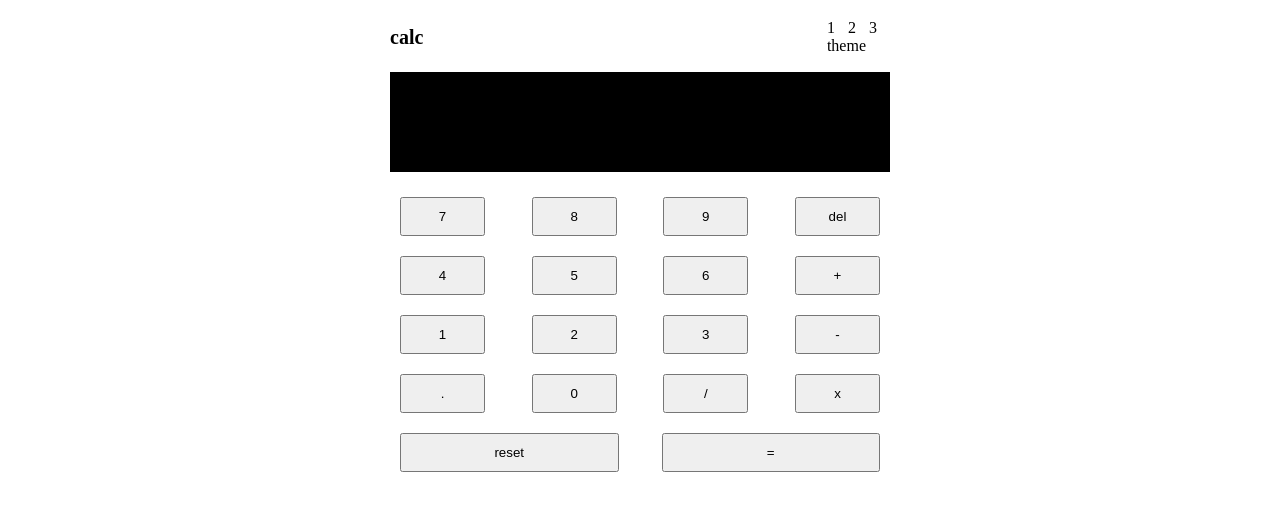
Repository: Eugene44-hub/basic-calculator
Page: index.html
An editor plug-in stored every save of this project. The page is shown before and after a run of saves, followed by the edit.
The browser window is 1280 px wide. The pictures show the whole page.

Above is the page before, as saved 2021-10-02 02:25:00.
Console error: SyntaxError: Unexpected end of input

After the next 2 saves:
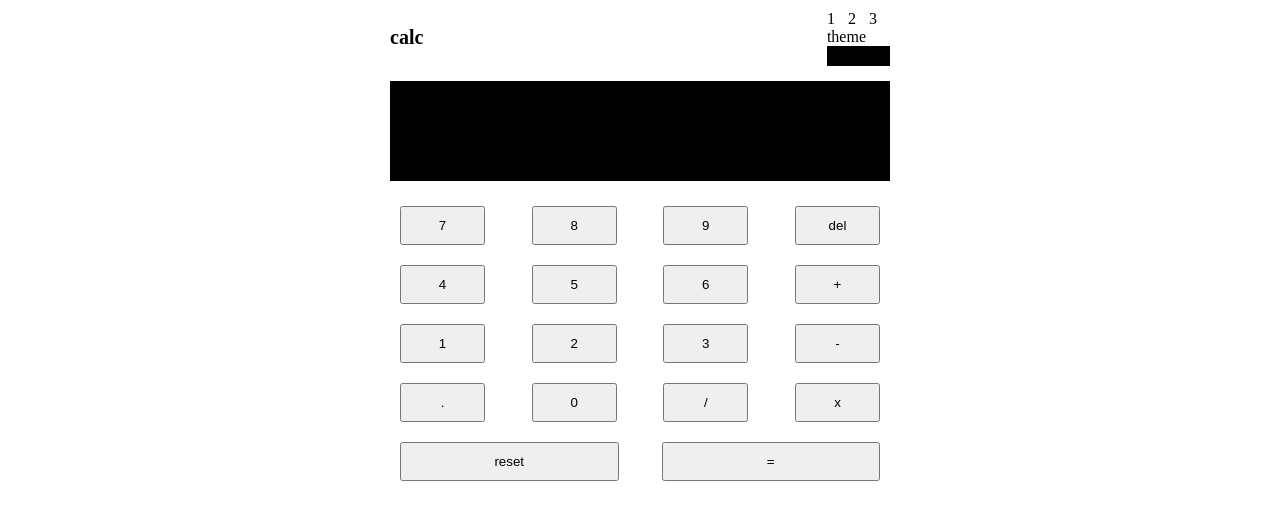
The 2 saves are shown as one change because they came seconds apart.
The last was saved 30 s later.
--- a/style.css
+++ b/style.css
@@ -17,7 +17,7 @@
 .toggle {
     background-color: black;
     height: 20px;
-    position: relative;
+    flex: 100%;
 }
 
 h2 {

After the 2 saves that followed:
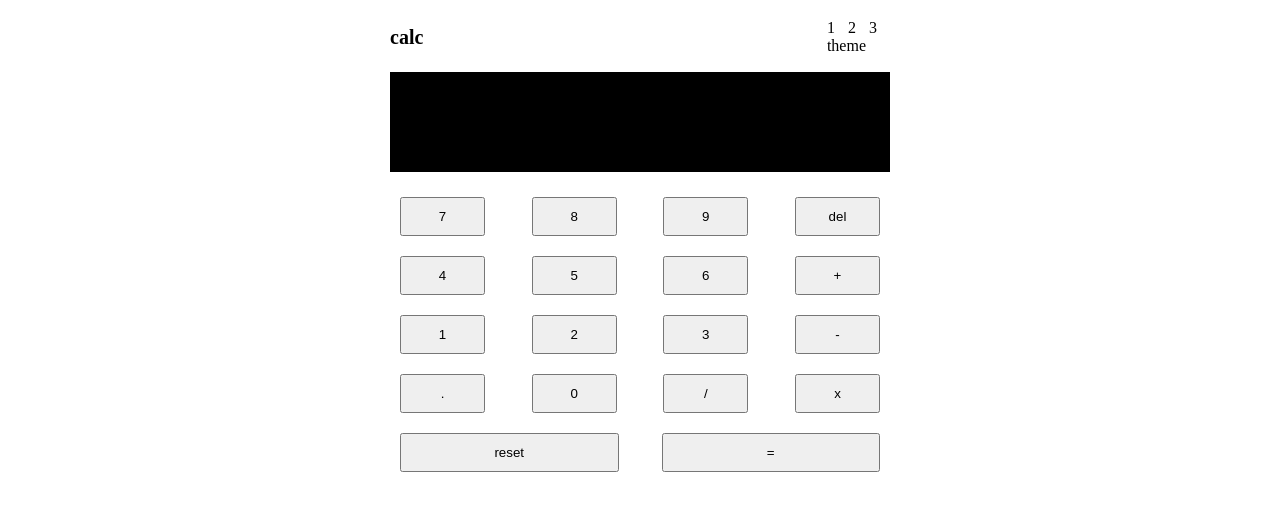
The 2 saves are shown as one change because 1 left the picture as it was.
The last was saved 26 s later.
--- a/style.css
+++ b/style.css
@@ -17,7 +17,6 @@
 .toggle {
     background-color: black;
     height: 20px;
-    flex: 100%;
 }
 
 h2 {
